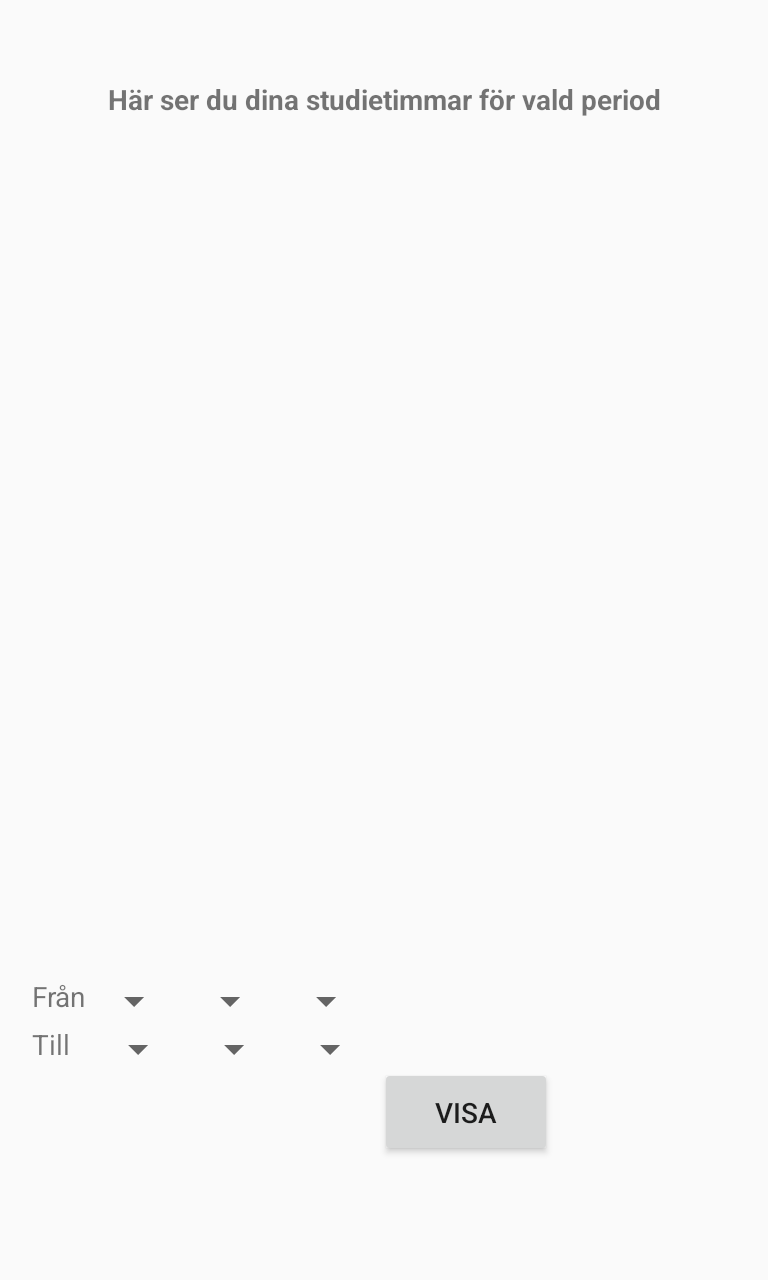
Repository: Dinova/Studiekoll
Layout: Studiekoll/Studiekoll/res/layout/fragment_graph.xml
These files come from the project's save history. The layout is drawn as it stood at one moment and after a run of saves; the edit follows.
It is drawn on a 768 x 1280 px phone screen (xhdpi) without system bars, with theme AppTheme; the app's code is not run.

Above is the layout before, as saved 2014-05-20 10:17:38.

After the next 2 saves:
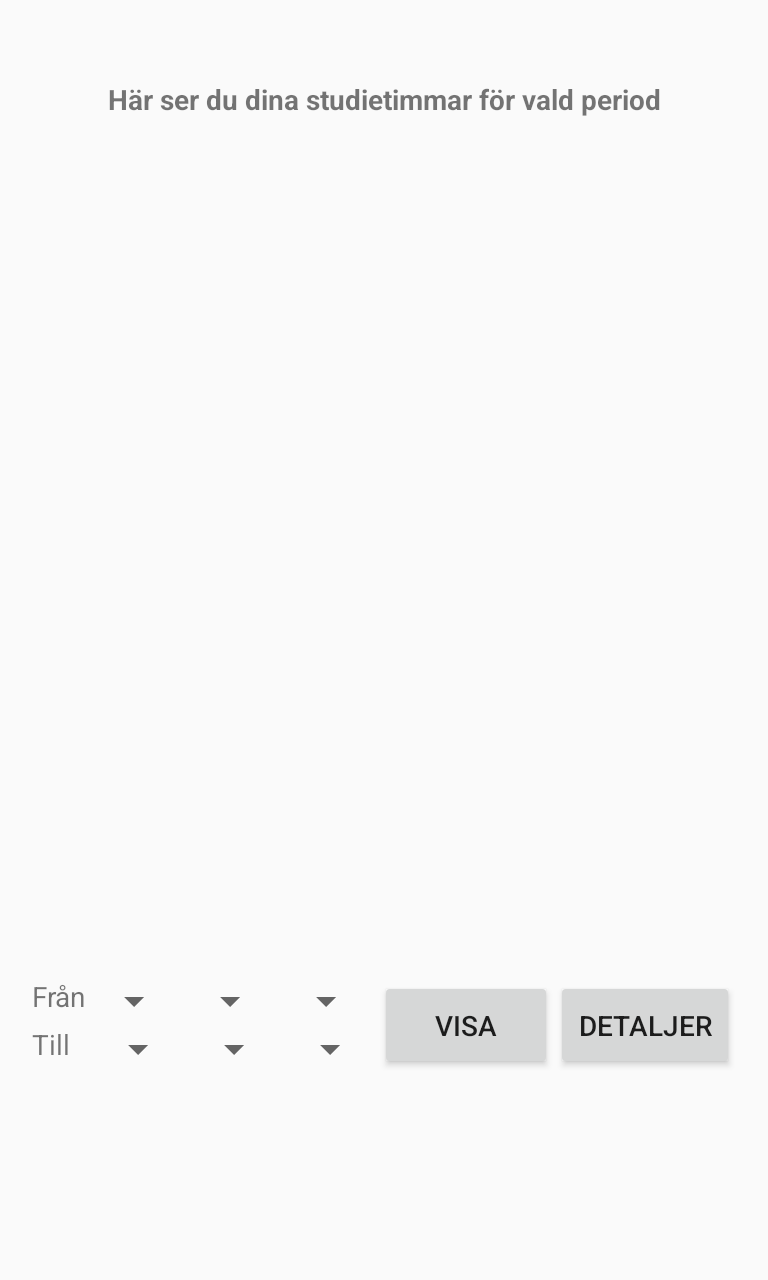
The 2 saves are shown as one change because 1 did not build or start.
The last was saved 70 s later.
--- a/Studiekoll/Studiekoll/res/layout/fragment_graph.xml
+++ b/Studiekoll/Studiekoll/res/layout/fragment_graph.xml
@@ -113,13 +113,28 @@
 
 		</LinearLayout> <!-- Date control layout end-->
 
-			<Button
+		<!-- Button layout -->
+		<LinearLayout
+		    android:layout_width="wrap_content"
+       		android:layout_height="wrap_content"
+       		android:orientation="horizontal">
+
+		    <Button
 	        	android:layout_width="wrap_content"
 	        	android:layout_height="wrap_content"
 	        	android:text="@string/show_button_text"
 	        	android:layout_gravity="center_vertical|center_horizontal"
 	        	android:onClick="showGraph" />
 
+		    <Button
+	        	android:layout_width="wrap_content"
+	        	android:layout_height="wrap_content"
+	        	android:text="@string/show_details_button_text"
+	        	android:layout_gravity="center_vertical|center_horizontal"
+	        	android:onClick="showDetails" />
+
+		</LinearLayout> <!-- Button layout ends -->
+
     </LinearLayout> <!-- Bottom control layout end -->
 
 </LinearLayout>
